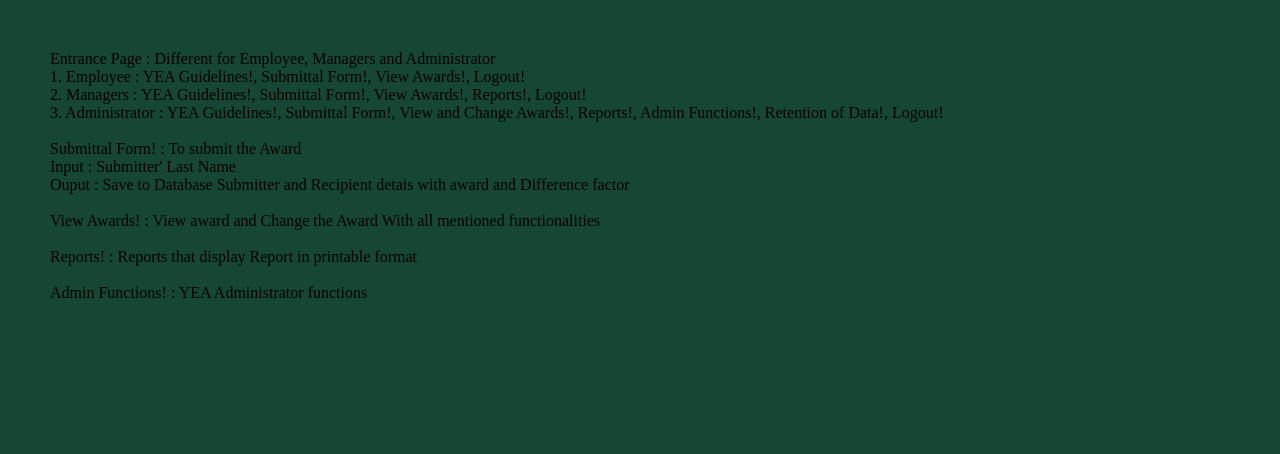
Repository: prajaktamore/Web-Based-Programming-3
Page: http://localhost/BinaryCalculator/yeaGuidelines.jsp
The author's editor kept a copy of each file at every save. The page is drawn from the files as they stood at one save, then again after the next save.
The browser window is 1280 px wide. The pictures show the whole page.
The page is served by Tomcat 9. Other server files are loaded and not shown.

Above is the page before, as saved 2014-05-04 18:21:47.

### BinaryCalculator/WebContent/yeaGuidelines.jsp
<%@ page language="java" contentType="text/html; charset=ISO-8859-1"
    pageEncoding="ISO-8859-1"%>
<!DOCTYPE html PUBLIC "-//W3C//DTD HTML 4.01 Transitional//EN" "http://www.w3.org/TR/html4/loose.dtd">
<html>
<head>
<meta http-equiv="Content-Type" content="text/html; charset=ISO-8859-1">
<title>Welcome to YEA Guidelines!!</title>
<link href="more.css" rel="stylesheet" type="text/css" />
<script type="text/javascript">
</script>
</head>
<body>
<p>
	Entrance Page : Different for Employee, Managers and Administrator
	<br>
	1. Employee : YEA Guidelines!, Submittal Form!, View Awards!, Logout!
	<br>
	2. Managers : YEA Guidelines!, Submittal Form!, View Awards!, Reports!, Logout!
	<br>
	3. Administrator : YEA Guidelines!, Submittal Form!, View and Change Awards!, Reports!, Admin Functions!, Retention of Data!, Logout!
	<br>
	<br>
	Submittal Form! : To submit the Award
	<br>
	Input : Submitter' Last Name
	<br>
	Ouput : Save to Database Submitter and Recipient detais with award and Difference factor
	<br><br>
	View Awards! : View award and Change the Award With all mentioned functionalities
	<br><br>
	Reports! : Reports that display Report in printable format
	<br><br>
	Admin Functions! : YEA Administrator functions
</p>
</body>
</html>

### BinaryCalculator/WebContent/more.css
/*
    author : Prajakta More
    date created : 11 Feb 2014
	Version:  1
    copyright information : Binghamton University
*/

/*Defines style for body tag all fields declared in body tag will follow below style for margins and background*/
body
{
margin-top:50px;
margin-left:50px;
margin-right:50px;
margin-bottom:50px;
background:#154734;
}



input#submit {
    padding: 4px 40px;
    /*give the background a gradient*/
    background:#ffae00; /*fallback for browsers that don't support gradients*/
    background: -webkit-linear-gradient(top, #ffae00, #d67600);
    background: -moz-linear-gradient(top, #ffae00, #d67600);
    background: -o-linear-gradient(top, #ffae00, #d67600);
    background: linear-gradient(top, #ffae00, #d67600);
    border:2px outset #dad9d8;
    /*style the text*/
    font-family:Andika, Arial, sans-serif;
    font-size:1.1em;
    letter-spacing:0.05em;
    text-transform:uppercase;
    color:#fff;
    text-shadow: 0px 1px 10px #000;
    /*add to small curve to the corners of the button*/
    -webkit-border-radius: 15px;
    -moz-border-radius: 15px;
    border-radius: 15px;
    /*give the button a drop shadow*/
    -webkit-box-shadow: rgba(0, 0, 0, .55) 0 1px 6px;
    -moz-box-shadow: rgba(0, 0, 0, .55) 0 1px 6px;
    box-shadow: rgba(0, 0, 0, .55) 0 1px 6px;
    }
    /****NOW STYLE THE BUTTON'S HOVER STATE***/
    input#submit:hover, input#submit:focus {
    border:2px solid #dad9d8;
    }



/*Defines style for table tag all fields declared in table tag will follow below style for border*/
table
{
border: 0px solid #154734;
content-type:text/plain;
charset=iso-8859-1 ;
}
/*Defines style for table data tag all fields declared in table data tag will follow below style for border and text color */
td
{
border: 0px solid #154734;
color:white;
}
/*Defines style for paragraph tag  with class type defined as ex2 all fields declared in paragraph tag will follow below style for font, color, text align*/
p.ex2
{
font:30px arial,sans-serif,centre;
color:#ffffff;
text-align:center;
}
/*Defines style for paragraph tag  with class type defined as ex1 all fields declared in paragraph tag will follow below style for font, color, text align*/
p.ex1
{
font:18px arial,sans-serif,centre;
color:#ffffff;
text-align:center;
}
/*Defines style for img tag all with class name as ex3 fields declared in img tag will
follow below style for margins, background, padding, border, background -color, height, width, float, text- align*/
img.ex3
{
  margin: 5px;
  padding: 5px;
  background-color: #ffffff;
  border: 3px solid #ffffff;
  height: 375px;
  width: 250px;
  float: left;
  text-align: left;
}
/*Defines style for a href tag and its properties for different states as link, visited, hover, active*/
a:link {text-decoration:none;
background-color:#66CCCC;
color:#000000;
}
a:visited {text-decoration:none;
background-color:#9999CC;
color:#660033;
}
a:hover {text-decoration:underline;
background-color:#CC99CC;
color:#000033;
}
a:active {text-decoration:underline;
background-color:#FF99CC;
color:#330000;
}

After the next save:
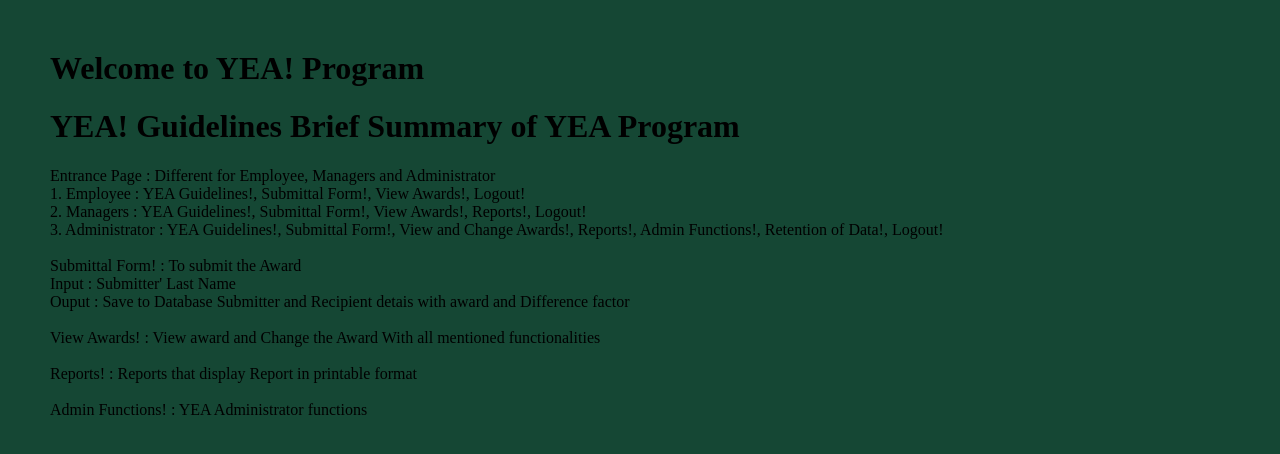
Saved 69 s later.
--- a/BinaryCalculator/WebContent/yeaGuidelines.jsp
+++ b/BinaryCalculator/WebContent/yeaGuidelines.jsp
@@ -10,6 +10,9 @@
 </script>
 </head>
 <body>
+<h1>Welcome to YEA! Program</h1>
+<h1>YEA! Guidelines Brief Summary of YEA Program</h1>
+
 <p>
 	Entrance Page : Different for Employee, Managers and Administrator
 	<br>
